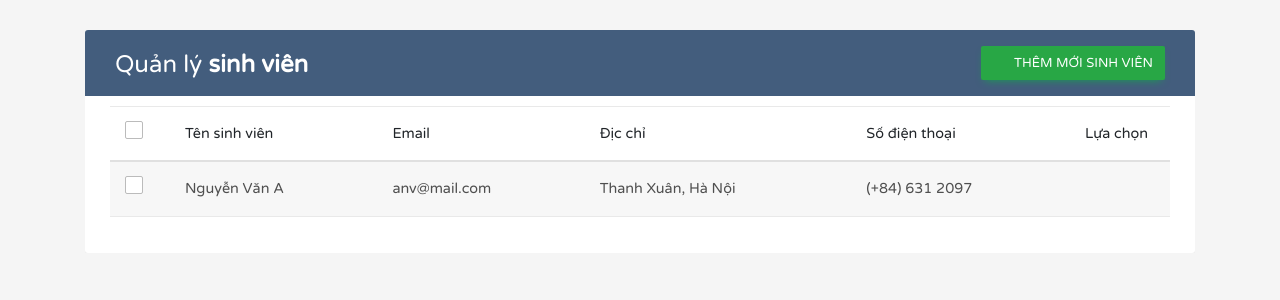
Repository: TinhTT336/MD02_Session06
Page: /
These files come from the project's save history. The page is drawn as it stood at one moment and after a run of saves; the edit follows.
The browser window is 1280 px wide. The pictures show the whole page.
Some web libraries are served in a nearby version. The project was rebuilt for these pictures with package versions that can differ from the ones it lists, and the page was loaded fresh each time. Also part of the build but not shown: vite.config.js, src/App.css, src/mini_project/TodoList.jsx, src/mini_project/Todo.jsx, src/base/Input.jsx, src/base/Radio.jsx, src/base/Checkbox.jsx, src/Homework/AddModal.jsx and 7 more.

Above is the page before, as saved 2023-09-04 05:37:24.

### index.html
<!doctype html>
<html lang="en">

<head>
  <meta charset="UTF-8" />
  <link rel="icon" type="image/svg+xml" href="/vite.svg" />
  <meta name="viewport" content="width=device-width, initial-scale=1.0" />
  <title>Vite + React</title>
  <link href="https://cdnjs.cloudflare.com/ajax/libs/font-awesome/6.0.0/css/all.min.css" rel="stylesheet" />
  <link href="https://fonts.googleapis.com/css?family=Roboto:300,400,500,700&display=swap" rel="stylesheet" />
  <link href="https://cdnjs.cloudflare.com/ajax/libs/mdb-ui-kit/6.2.0/mdb.min.css" rel="stylesheet" />
  <link rel="stylesheet" href="https://fonts.googleapis.com/css?family=Roboto|Varela+Round">
  <link rel="stylesheet" href="https://stackpath.bootstrapcdn.com/bootstrap/4.5.0/css/bootstrap.min.css">
  <link rel="stylesheet" href="https://fonts.googleapis.com/icon?family=Material+Icons">
  <link rel="stylesheet" href="https://maxcdn.bootstrapcdn.com/font-awesome/4.7.0/css/font-awesome.min.css">
  <link rel="stylesheet" href="./public/css/index.css">

</head>

<body>
  <div id="root"></div>
  <script type="module" src="/src/main.jsx"></script>
</body>

</html>

### public/css/index.css
body {
	color: #566787;
	background: #f5f5f5;
	font-family: 'Varela Round', sans-serif;
	font-size: 13px;
}

.table-responsive {
	margin: 30px 0;
}

.table-wrapper {
	background: #fff;
	padding: 20px 25px;
	border-radius: 3px;
	min-width: 1000px;
	box-shadow: 0 1px 1px rgba(0, 0, 0, .05);
}

.table-title {
	padding-bottom: 15px;
	background: #435d7d;
	color: #fff;
	padding: 16px 30px;
	min-width: 100%;
	margin: -20px -25px 10px;
	border-radius: 3px 3px 0 0;
}

.table-title h2 {
	margin: 5px 0 0;
	font-size: 24px;
}

.table-title .btn-group {
	float: right;
}

.table-title .btn {
	color: #fff;
	float: right;
	font-size: 13px;
	border: none;
	min-width: 50px;
	border-radius: 2px;
	border: none;
	outline: none !important;
	margin-left: 10px;
}

.table-title .btn i {
	float: left;
	font-size: 21px;
	margin-right: 5px;
}

.table-title .btn span {
	float: left;
	margin-top: 2px;
}

table.table tr th,
table.table tr td {
	border-color: #e9e9e9;
	padding: 12px 15px;
	vertical-align: middle;
}

table.table tr th:first-child {
	width: 60px;
}

table.table tr th:last-child {
	width: 100px;
}

table.table-striped tbody tr:nth-of-type(odd) {
	background-color: #fcfcfc;
}

table.table-striped.table-hover tbody tr:hover {
	background: #f5f5f5;
}

table.table th i {
	font-size: 13px;
	margin: 0 5px;
	cursor: pointer;
}

table.table td:last-child i {
	opacity: 0.9;
	font-size: 22px;
	margin: 0 5px;
}

table.table td a {
	font-weight: bold;
	color: #566787;
	display: inline-block;
	text-decoration: none;
	outline: none !important;
}

table.table td a:hover {
	color: #2196F3;
}

table.table td a.edit {
	color: #FFC107;
}

table.table td a.delete {
	color: #F44336;
}

table.table td i {
	font-size: 19px;
}

table.table .avatar {
	border-radius: 50%;
	vertical-align: middle;
	margin-right: 10px;
}

.pagination {
	float: right;
	margin: 0 0 5px;
}

.pagination li a {
	border: none;
	font-size: 13px;
	min-width: 30px;
	min-height: 30px;
	color: #999;
	margin: 0 2px;
	line-height: 30px;
	border-radius: 2px !important;
	text-align: center;
	padding: 0 6px;
}

.pagination li a:hover {
	color: #666;
}

.pagination li.active a,
.pagination li.active a.page-link {
	background: #03A9F4;
}

.pagination li.active a:hover {
	background: #0397d6;
}

.pagination li.disabled i {
	color: #ccc;
}

.pagination li i {
	font-size: 16px;
	padding-top: 6px
}

.hint-text {
	float: left;
	margin-top: 10px;
	font-size: 13px;
}

/* Custom checkbox */
.custom-checkbox {
	position: relative;
}

.custom-checkbox input[type="checkbox"] {
	opacity: 0;
	position: absolute;
	margin: 5px 0 0 3px;
	z-index: 9;
}

.custom-checkbox label:before {
	width: 18px;
	height: 18px;
}

.custom-checkbox label:before {
	content: '';
	margin-right: 10px;
	display: inline-block;
	vertical-align: text-top;
	background: white;
	border: 1px solid #bbb;
	border-radius: 2px;
	box-sizing: border-box;
	z-index: 2;
}

.custom-checkbox input[type="checkbox"]:checked+label:after {
	content: '';
	position: absolute;
	left: 6px;
	top: 3px;
	width: 6px;
	height: 11px;
	border: solid #000;
	border-width: 0 3px 3px 0;
	transform: inherit;
	z-index: 3;
	transform: rotateZ(45deg);
}

.custom-checkbox input[type="checkbox"]:checked+label:before {
	border-color: #03A9F4;
	background: #03A9F4;
}

.custom-checkbox input[type="checkbox"]:checked+label:after {
	border-color: #fff;
}

.custom-checkbox input[type="checkbox"]:disabled+label:before {
	color: #b8b8b8;
	cursor: auto;
	box-shadow: none;
	background: #ddd;
}

/* Modal styles */
.modal .modal-dialog {
	max-width: 400px;
}

.modal .modal-header,
.modal .modal-body,
.modal .modal-footer {
	padding: 20px 30px;
}

.modal .modal-content {
	border-radius: 3px;
	font-size: 14px;
}

.modal .modal-footer {
	background: #ecf0f1;
	border-radius: 0 0 3px 3px;
}

.modal .modal-title {
	display: inline-block;
}

.modal .form-control {
	border-radius: 2px;
	box-shadow: none;
	border-color: #dddddd;
}

.modal textarea.form-control {
	resize: vertical;
}

.modal .btn {
	border-radius: 2px;
	min-width: 100px;
}

.modal form label {
	font-weight: normal;
}

### src/App.jsx
import { useState } from "react";
import reactLogo from "./assets/react.svg";
import viteLogo from "/vite.svg";
import "./App.css";
import TodoList from "./mini_project/TodoList";
import Todo from "./mini_project/Todo";
import Input from "./base/Input";
import Radio from "./base/Radio";
import Checkbox from "./base/Checkbox";
import Index from "./Homework/Index";
import Index_Manager from "./ManagerStudent/Index_Manager";
import Todos from "./mini_project/Todos";

function App() {
  const [count, setCount] = useState(0);

  return (
    <>
      {/* <TodoList /> */}
      {/* <Todo /> */}
      {/* <Input /> */}
      {/* <Radio /> */}
      {/* <Checkbox /> */}
      {/* <Index /> */}
      <Index_Manager />
      {/* <Todos /> */}
    </>
  );
}

export default App;

### src/ManagerStudent/Index_Manager.jsx
import React from 'react'
import ListStudent from './ListStudent'

export default function Index_Manager() {
    return (
        <div>
            <ListStudent />
        </div>
    )
}

### src/ManagerStudent/ListStudent.jsx
import React, { useState } from 'react'
import AddModal from './AddModal';

export default function ListStudent() {
    const [showAdd, setShowAdd] = useState(false);
    const [listStudent, setListStudent] = useState(() => {
        const students = JSON.parse(localStorage.getItem("listStudent")) || [];
        return students;
    })
    const handleShowAdd = () => {
        setShowAdd(true);
    }
    const handleCloseAdd = () => {
        setShowAdd(false);
    }
    return (
        <>
            {showAdd ? <AddModal handleCloseAdd={handleCloseAdd} listStudent={listStudent} /> : <></>}
            <div className="container-xl">
                <div className="table-responsive">
                    <div className="table-wrapper">
                        <div className="table-title">
                            <div className="row">
                                <div className="col-sm-6">
                                    <h2>
                                        Quản lý <b>sinh viên</b>
                                    </h2>
                                </div>
                                <div className="col-sm-6">
                                    <a onClick={handleShowAdd}
                                        className="btn
                              btn-success"
                                    >
                                        <i className="material-icons"></i>
                                        <span>Thêm mới sinh viên</span>
                                    </a>
                                </div>
                            </div>
                        </div>
                        <table className="table table-striped table-hover">
                            <thead>
                                <tr>
                                    <th>
                                        <span className="custom-checkbox">
                                            <input type="checkbox" id="selectAll" />
                                            <label htmlFor="selectAll" />
                                        </span>
                                    </th>
                                    <th>Tên sinh viên</th>
                                    <th>Email</th>
                                    <th>Địc chỉ</th>
                                    <th>Số điện thoại</th>
                                    <th>Lựa chọn</th>
                                </tr>
                            </thead>
                            <tbody>
                                <tr>
                                    <td>
                                        <span className="custom-checkbox">
                                            <input
                                                type="checkbox"
                                                id="checkbox5"
                                                name="options[]"
                                                defaultValue={1}
                                            />
                                            <label htmlFor="checkbox5" />
                                        </span>
                                    </td>
                                    <td>Nguyễn Văn A</td>
                                    <td>anv@mail.com</td>
                                    <td>Thanh Xuân, Hà Nội</td>
                                    <td>(+84) 631 2097</td>
                                    <td>
                                        <a href="#editEmployeeModal" className="edit" data-toggle="modal">
                                            <i
                                                className="material-icons"
                                                title="Edit"
                                            >
                                                
                                            </i>
                                        </a>
                                        <a
                                            className="delete"
                                        >
                                            <i
                                                className="material-icons"
                                                title="Delete"
                                            >
                                                
                                            </i>
                                        </a>
                                    </td>
                                </tr>

                            </tbody>
                        </table>
                    </div>
                </div>
            </div>

        </>
    )
}

Loaded but not shown: src/main.jsx (common file)

After the next 2 saves:
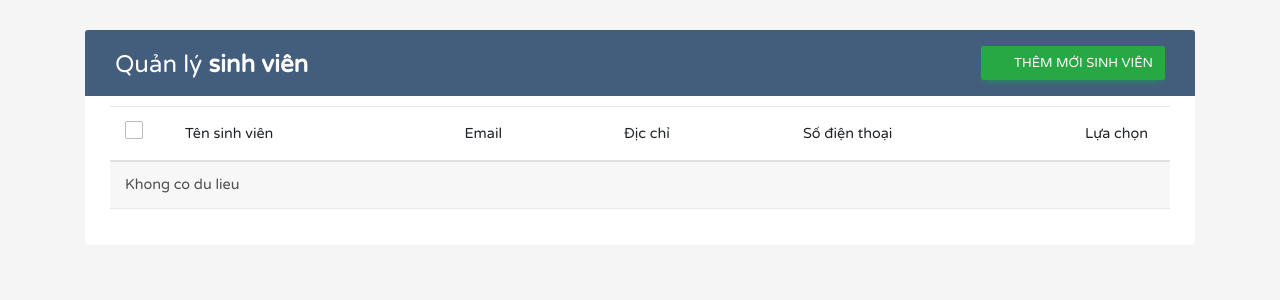
The 2 saves are shown as one change because 1 did not build or start.
The last was saved 4 min 17 s later.
--- a/src/ManagerStudent/ListStudent.jsx
+++ b/src/ManagerStudent/ListStudent.jsx
@@ -54,44 +54,46 @@ export default function ListStudent() {
                                 </tr>
                             </thead>
                             <tbody>
-                                <tr>
-                                    <td>
-                                        <span className="custom-checkbox">
-                                            <input
-                                                type="checkbox"
-                                                id="checkbox5"
-                                                name="options[]"
-                                                defaultValue={1}
-                                            />
-                                            <label htmlFor="checkbox5" />
-                                        </span>
-                                    </td>
-                                    <td>Nguyễn Văn A</td>
-                                    <td>anv@mail.com</td>
-                                    <td>Thanh Xuân, Hà Nội</td>
-                                    <td>(+84) 631 2097</td>
-                                    <td>
-                                        <a href="#editEmployeeModal" className="edit" data-toggle="modal">
-                                            <i
-                                                className="material-icons"
-                                                title="Edit"
+                                {listStudent.length === 0 ? (<tr><td colSpan={6}>Khong co du lieu</td></tr>) : (<>{listStudent.map((st) => (
+                                    <tr>
+                                        <td>
+                                            <span className="custom-checkbox">
+                                                <input
+                                                    type="checkbox"
+                                                    id="checkbox5"
+                                                    name="options[]"
+                                                    defaultValue={1}
+                                                />
+                                                <label htmlFor="checkbox5" />
+                                            </span>
+                                        </td>
+                                        <td>Nguyễn Văn A</td>
+                                        <td>anv@mail.com</td>
+                                        <td>Thanh Xuân, Hà Nội</td>
+                                        <td>(+84) 631 2097</td>
+                                        <td>
+                                            <a href="#editEmployeeModal" className="edit" data-toggle="modal">
+                                                <i
+                                                    className="material-icons"
+                                                    title="Edit"
+                                                >
+                                                    
+                                                </i>
+                                            </a>
+                                            <a
+                                                className="delete"
                                             >
-                                                
-                                            </i>
-                                        </a>
-                                        <a
-                                            className="delete"
-                                        >
-                                            <i
-                                                className="material-icons"
-                                                title="Delete"
-                                            >
-                                                
-                                            </i>
-                                        </a>
-                                    </td>
-                                </tr>
+                                                <i
+                                                    className="material-icons"
+                                                    title="Delete"
+                                                >
+                                                    
+                                                </i>
+                                            </a>
+                                        </td>
+                                    </tr>
 
+                                ))}</>)}
                             </tbody>
                         </table>
                     </div>
